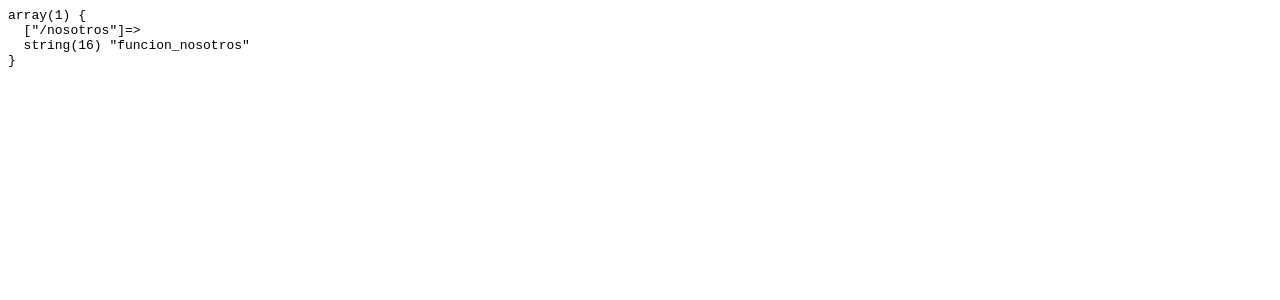
Repository: omoray99/BienesRaicesMVC
Page: http://localhost/propiedades/crear
The author's editor kept a copy of each file at every save. The page is drawn from the files as they stood at one save, then again after the next save.
The browser window is 1280 px wide. The pictures show the whole page.
The page is run by PHP 8.4 with error messages shown; the project is at /var/www/html/.

Above is the page before, as saved 2024-10-08 20:56:35.

### public/index.php
<?php

require_once __DIR__ . '/../includes/app.php';

use MVC\Router;

$router = new Router();

$router->get('/nosotros', 'funcion_nosotros');

$router->comprobarRutas(); // va a revisar que las rutas esten definidas en el router y tambien el tipo de request ya sea get y post
/*  eso lo hará en el metodo de comprobarRutas*/

### includes/app.php
<?php

    require 'funciones.php';
    require __DIR__ . '/../includes/templates/config/database.php';
    require __DIR__ . '/../vendor/autoload.php';

    // CONECTAR A LA BD
    $db = conectarDB();

    use Model\ActiveRecord;

    ActiveRecord::setDB($db);

### includes/funciones.php
<?php


define('TEMPLATES_URL', __DIR__ . '/templates');
define('FUNCIONES_URL', __DIR__ . 'funciones.php');
define('CARPETA_IMAGEN', __DIR__ . '/../imagenes/');

function incluirTemplate(string $nombre, bool $inicio = false)
{
    include TEMPLATES_URL . "/${nombre}.php";
}

function estaAutenticado()
{
    session_start();

    if (!$_SESSION['login']) {
        header('Location: /');
    }
}

function debugear($variable)
{
    echo "<pre>";
    var_dump($variable);
    echo "</pre>";

    exit;
}

// ESCAPA / sanitizar EL HTML

function s($html): string{
    $s = htmlspecialchars($html);
    return $s;
}

//validar tipo de contenido

function validarTipoContenido($tipo){
    $tipos = ['vendedor', 'propiedad'];
    return in_array($tipo, $tipos);
}

// muestra los mensajes

function mostrarNotificacion($codigo){
    $mensaje = '';

    switch($codigo) {
        case 1:
            $mensaje = 'Creado Correctamente.!';
            break;
        case 2:
            $mensaje = 'ACTUALIZADO Correctamente.!';
            break;
        case 3:
            $mensaje = 'Eliminado correctamente.!';
            break;
        default:
            $mensaje = false;
            break;
    }
    return $mensaje;
}

### includes/templates/config/database.php
<?php

function conectarDB(): mysqli {
    $db = new mysqli('localhost', 'root', '123456789852', 'Bienesraices_crud');
    if(!$db){
        echo "Error, no se pudo conectar";
        exit;
    }
    return $db;
}

   /*if($db){
        echo "se conecto";
    }else{
        echo "No se conecto ";
    }*/


    /* GET: TIENDA VIRTUAL Y TIENES UNA URL QUE PUEDES COPIAR Y COMPARTIR CON ALGUIEN*/
    /*  POST: ENVIAR DATOS DE FORMA SEGURA Y GET PARA EXPONER EN LA URL
    GET: PARA OBTENER DATOS DE UN SERVIDOR
    POST: PARA ENVIAR DATOS A UN SERVIDOR */

### models/ActiveRecord.php
<?php

namespace Model;

class ActiveRecord{
  // base de datos
  protected static $db;  // el metodo tambien tiene que ser estatico
  protected static $columnasBD = [];
  protected static $tabla = '';

  // Errores o validacion
  protected static $errores = [];



  // definir la conexion a la bd
  //es la clase padre, de esa forma mantiene la referencia a la conexion a la bd
  public static function setDB($database)
  {
      self::$db = $database; // no es necesario cambiar a static porque siempre ya sea propiedades o vendedores, siempre se van a conectar a la misma bd, no requerimos que cada vez que intanciemos o mandemos llamar la clase de propiedad o vendedor.
  }



  public function guardar(){
      if(!is_null($this->id)){
          // actualizar
          $this->actualizar();
      } else{
          // creando un nuevo registro
          $this->crear();
      }
  }

  public function crear()
  {
      // Sanitizar los datos
      $atributos = $this->sanitizarAtributos();

      //$string = join(', ',array_keys($atributos));

      //debugear( $string );


      //insertar en la base de datos

      $query = "INSERT INTO "  . static::$tabla   .   "  ( ";
      $query .= join(', ',array_keys($atributos));
      $query .= " ) VALUES (' ";
      $query .=join("', '",array_values($atributos));
      $query .= " ') ";

      //debugear($query);

      $resultado = self::$db->query($query);

      // Mensaje de exito
      if ($resultado) {
          //Redireccionar al usuario.

          header('Location: /admin?resultado=1'); // query string
      }
  }

  public function actualizar(){
      // Sanitizar los datos
      $atributos = $this->sanitizarAtributos();

      /** ir a la memoria, ir al objeto en memoria y va ir uniendo atributos con valores para tener un codigo similar
       *al codigo de update
       */
      $valores = [];
      foreach( $atributos as $key => $value){
          $valores[] = "{$key}='{$value}'";
      }
      $query = " UPDATE " . static::$tabla   .  " SET ";
      $query .= join(', ', $valores);
      $query .= "WHERE id = '" . self::$db->escape_string($this->id) . "' ";
      $query .=  " LIMIT 1 ";

      $resultado = self::$db->query($query);

      //insertar en la base de datos
      if ($resultado) {
        //Redireccionar al usuario.
         header('Location: /admin?resultado=2'); // query string
      }
  }

  // Eliminar un registro
  public function eliminar(){
      // eliminar el registro
      $query = " DELETE FROM "  .  static::$tabla  .   " WHERE id = " . self::$db->escape_string($this->id) . " LIMIT 1"; // por que hacemos eso? estamos leyendo el id del formulario y alguien puede poner un codigo malicioso
      $resultado = self::$db->query($query);

      if ($resultado) {
          $this->borrarImagen();
          header('location: /admin?resultado=3');
      }
  }

  // identificar y unir los atributos de la bd
  public function atributos(){
      $atributos = [];
      foreach(static::$columnasBD as $columna){
          if($columna === 'id') continue;
          $atributos[$columna] = $this->$columna;
      }
      return $atributos;

  }
  public function sanitizarAtributos(){
      $atributos = $this->atributos();
      $sanitizado = [];

      foreach($atributos as $key => $value){
          $sanitizado[$key] = self::$db->escape_string($value);
      }

      return $sanitizado;

  }

  // Subida de archivos

  public function setImagen($imagen){
      // Elimina la imagen previa
      if(!is_null ($this->id)){ // isset va a revisar que exista pero que tambien tenga un valor
          $this->borrarImagen();
      }

      //Asignar al atributo de imagen el nombre de la imagen
      if($imagen){
          $this->imagen = $imagen;
      }
  }

  // Elimina el archivo

  public function borrarImagen(){
      // Comprobar si existe el archivo
      $existeArchivo = file_exists(CARPETA_IMAGEN . $this->imagen);
      if($existeArchivo){
          unlink(CARPETA_IMAGEN . $this->imagen);  // para eliminar archivos
      }
      // mantiene una copia del objeto en cuestion, y de esa forma esta sincronizado el objeto en el servidor con lo que hay en la bd
  }

  // validacion
  public static function getErrores(){
    return static::$errores;
  }

  public function validar(){

    static::$errores = [];
    return static::$errores;

  }

  // Lista todos los registros
  public static function all(){
      $query = "SELECT * FROM " . static::$tabla;

      $resultado = self::consultarSQL($query);
      //debugear($resultado->fetch_assoc());
      return $resultado;
  }

  // Obtiene determinado nro de registros
  public static function get($cantidad){
    $query = "SELECT * FROM " . static::$tabla . " LIMIT " . $cantidad;
    //debugear($query);

    $resultado = self::consultarSQL($query);
    return $resultado;
}

  // busca un registro por su id

  public static function find($id){
      $query = "SELECT * FROM " . static::$tabla  .   " WHERE id = ${id} ";

      $resultado = self::consultarSQL($query);
      return ( array_shift($resultado) );
  }

  public static function consultarSQL($query){
      // consultar la base de datos
      $resultado =  self::$db->query($query);


      // iterar los resultados
      $array = [];
      while($registro = $resultado->fetch_assoc()){
          $array[] = /*$registro['titulo'];*/ static::crearObjeto($registro);
      }
      // liberar la memoria EN POO

      $resultado->free();


      // retornar los resultados
      return $array;
  }

  protected static function crearObjeto($registro){
     $objeto = new static;

     // esta tomando un arreglo que son los resultados de la bd y esta creando un objeto en memoria que es un espejo de lo que hay en la bd

     foreach($registro as $key => $value){
         if ( property_exists( $objeto, $key ) ){ // verificar que una propiedad exista
              $objeto->$key = $value;
          }
     }
     return $objeto;
  }

  // Sincroniza el objeto en memoria con los cambios realizados por el usuario
  /* este codigo se va a encargar de sincronizar, se va a encargar de leer todo el post, se va a encargar de leer
  el objeto que esta en memoria, va a ir iterando cada una de las propiedades id con id, titulo con titulo y va a rescribiendo las
  nuevas*/
  public function sincronizar( $args = []  ){
      foreach ($args as $key => $value){
          if(property_exists($this, $key ) && !is_null($value) ) { // va a revisar de un objeto que una propiedad o atributo exista, va a revisar si una propiedad existe en nuestro arreglo
              $this->$key = $value;  // es variable porque lo hace mas dinamico, va  a ir iterando en cada uno de ellos

          }
      }
  }

}

### Router.php
<?php

namespace MVC;

class Router{

    public $rutasGET = [];
    public $rutasPOST = [];

    // van a ser todas las urls que van a reaccionar a un metodo get
    public function get($url, $fn){
        $this->rutasGET[$url] = $fn;
    }

    public function comprobarRutas(){

        $urlActual = $_SERVER['PATH_INFO'] ?? '/';
        $metodo = $_SERVER['REQUEST_METHOD'];

        if($metodo === 'GET'){
            debugear($this->rutasGET);
        }
    }

}

After the next save:
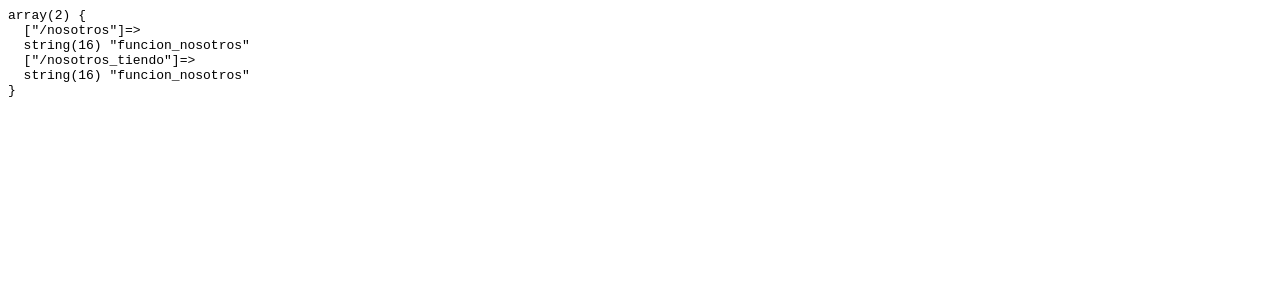
Saved 3 min 19 s later.
--- a/public/index.php
+++ b/public/index.php
@@ -7,6 +7,7 @@
 $router = new Router();
 
 $router->get('/nosotros', 'funcion_nosotros');
+$router->get('/nosotros_tiendo', 'funcion_nosotros');
 
 $router->comprobarRutas(); // va a revisar que las rutas esten definidas en el router y tambien el tipo de request ya sea get y post
 /*  eso lo hará en el metodo de comprobarRutas*/

After the save that followed:
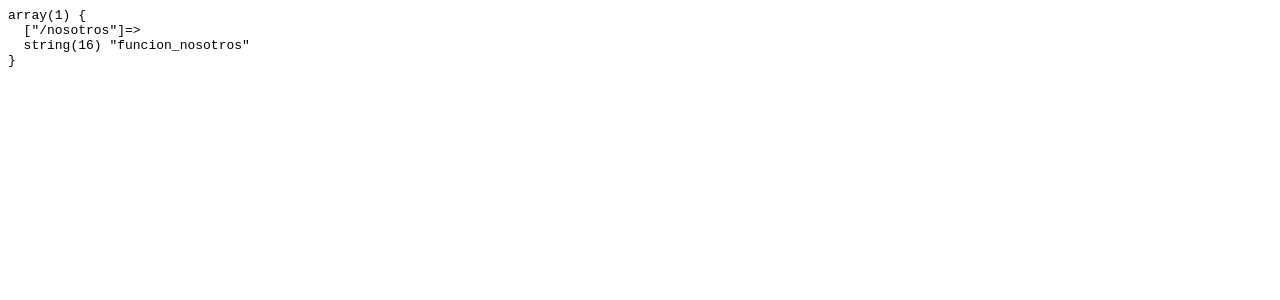
Saved 11 s later.
--- a/public/index.php
+++ b/public/index.php
@@ -7,7 +7,6 @@
 $router = new Router();
 
 $router->get('/nosotros', 'funcion_nosotros');
-$router->get('/nosotros_tiendo', 'funcion_nosotros');
 
 $router->comprobarRutas(); // va a revisar que las rutas esten definidas en el router y tambien el tipo de request ya sea get y post
 /*  eso lo hará en el metodo de comprobarRutas*/
